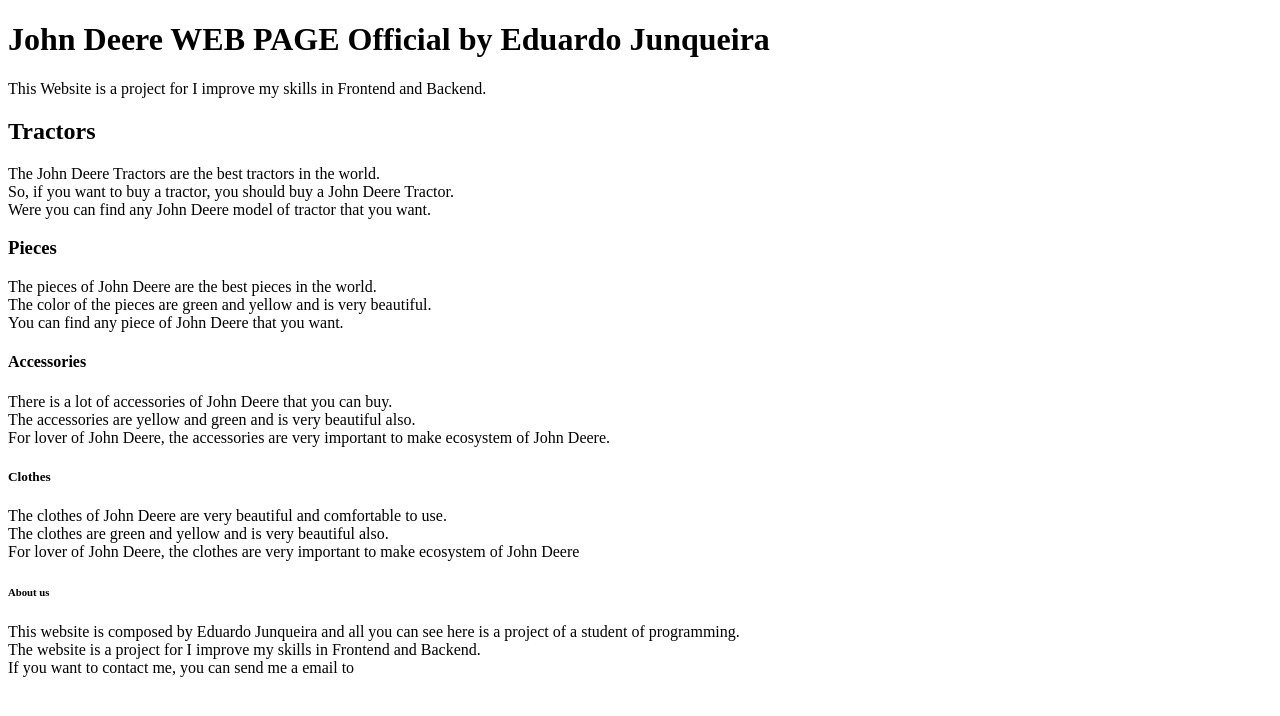
Repository: EduardoJunqueira2004/WEBJohnDeere
Page: index.html
An editor plug-in stored every save of this project. The page is shown before and after a run of saves, followed by the edit.
The browser window is 1280 px wide. The pictures show the whole page.

Above is the page before, as saved 2024-12-05 11:07:11.

After the next 6 saves:
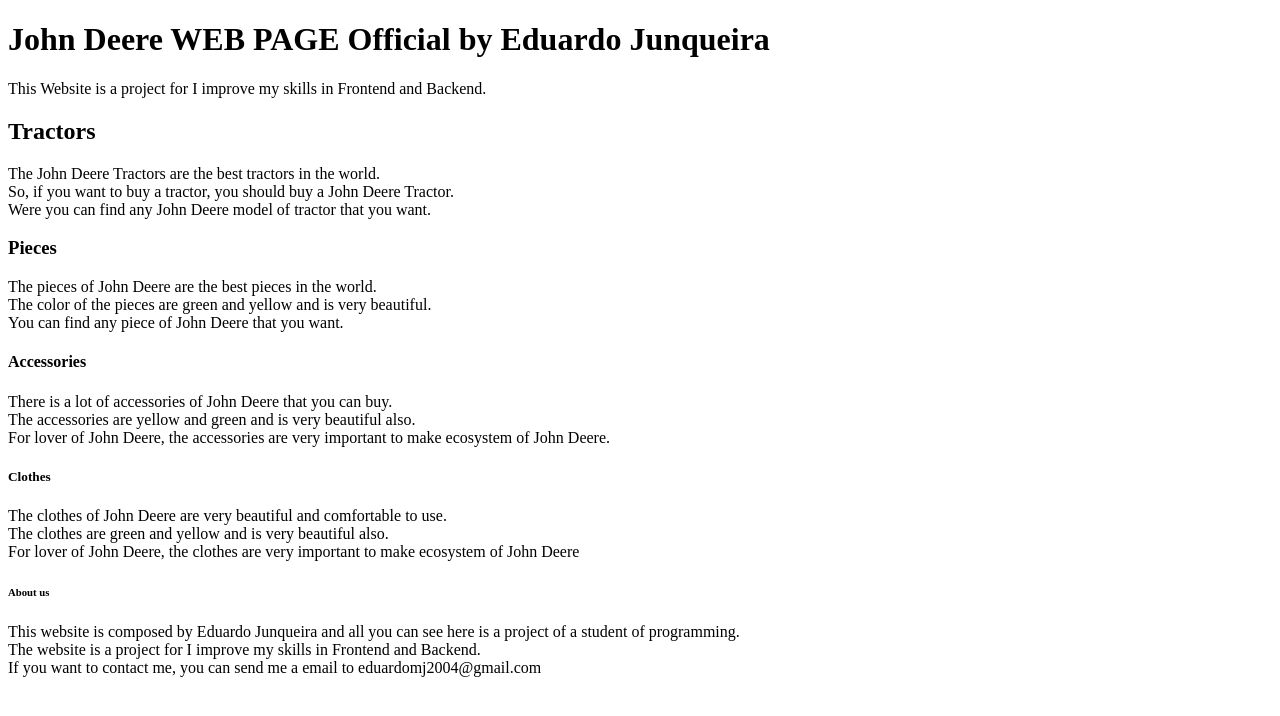
The 6 saves are shown as one change because they came seconds apart.
The last was saved 15 s later.
--- a/index.html
+++ b/index.html
@@ -44,7 +44,7 @@
     <p>
         This website is  composed by Eduardo Junqueira and all you can see here is a project of a student of programming.<br>
         The website is a project for I improve my skills in Frontend and Backend.<br>
-        If you want to contact me, you can send me a email to
+        If you want to contact me, you can send me a email to eduardomj2004@gmail.com<br>
     </p>
 
 </body>
